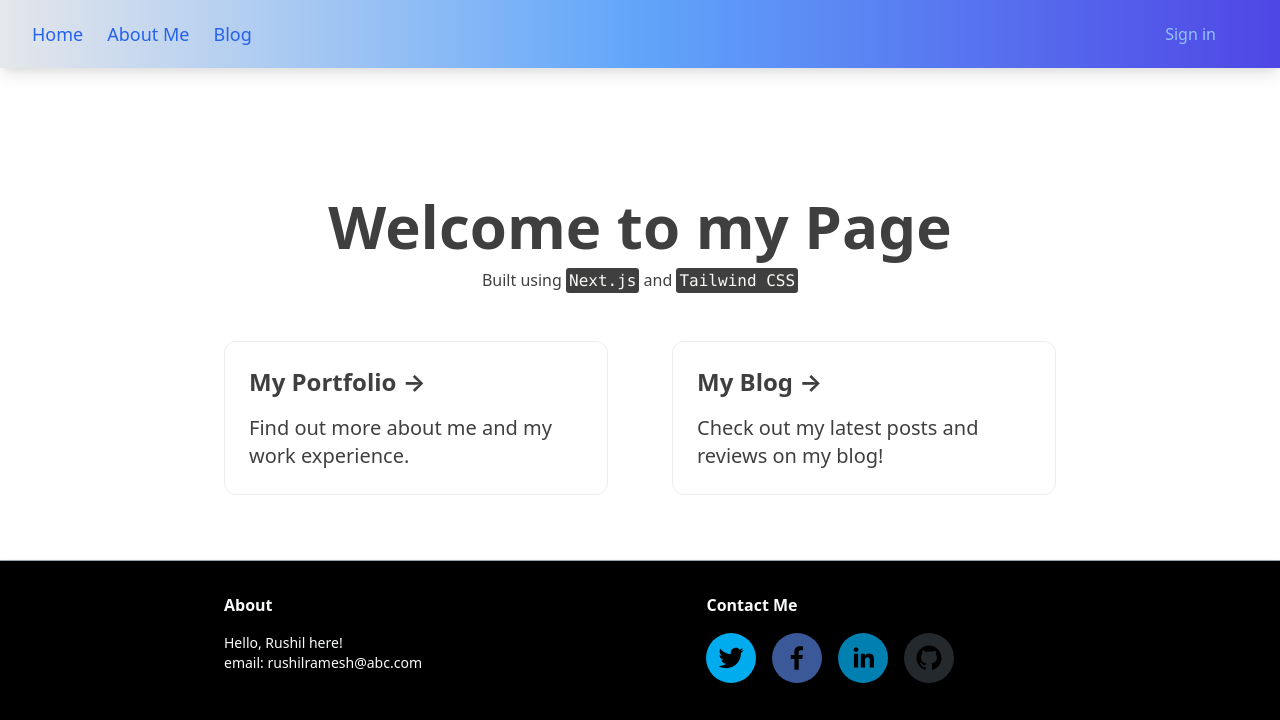
Repository: rushilramesh/portfolio-page
Page: /
The author's editor kept a copy of each file at every save. The page is drawn from the files as they stood at one save, then again after the next save.
The browser window is 1280 px wide. The pictures show the whole page.
The page's requests for data from a server got no answer. The project was rebuilt for these pictures with package versions that can differ from the ones it lists, and the page was loaded fresh each time. The framework's server and built-in components were replaced by stand-ins that run in the browser. No one was signed in, and anything a server would have sent is missing. Also part of the build but not shown: next.config.js.

Above is the page before, as saved 2021-05-24 12:50:38.

After the next save:
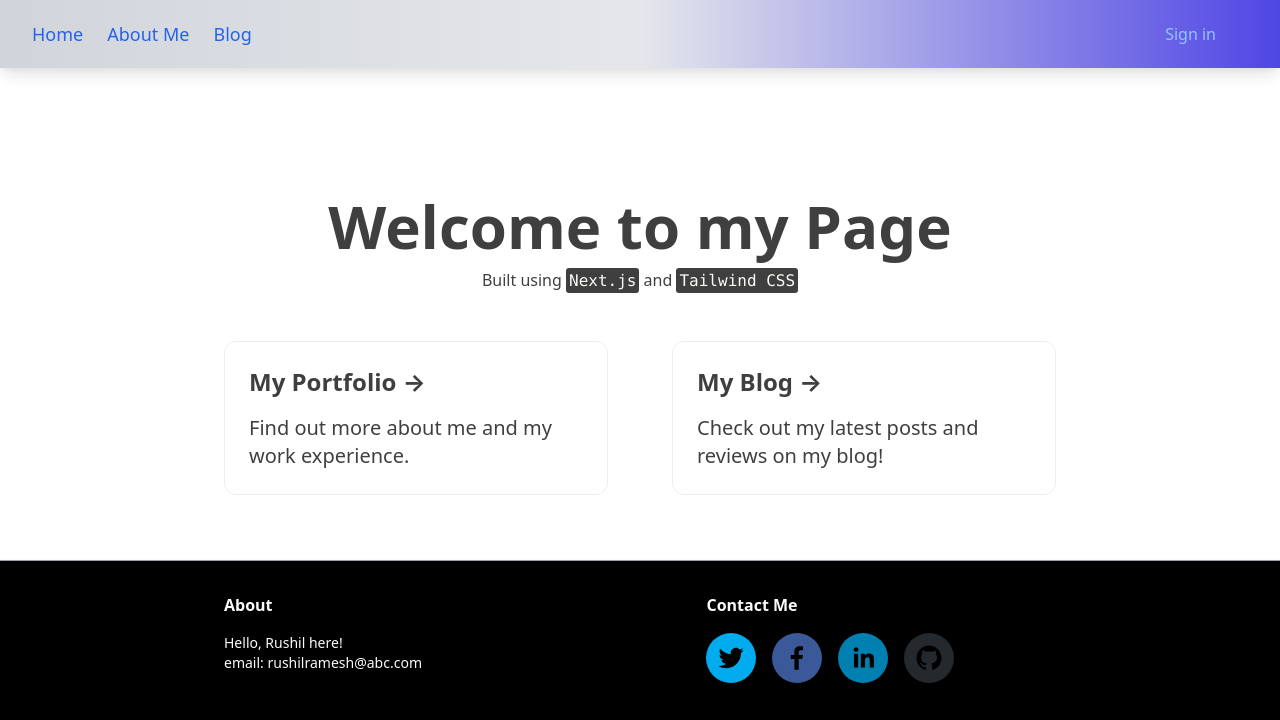
Saved 14 s later.
--- a/components/Nav.tsx
+++ b/components/Nav.tsx
@@ -20,7 +20,7 @@ export default function Nav() {
    }
 
    return (
-      <nav id="header" className="w-full z-30 top-10 py-1 bg-gradient-to-r from-gray-200 via-blue-400 to-indigo-600 shadow-lg  mt-15">
+      <nav id="header" className="w-full z-30 top-10 py-1 bg-gradient-to-r from-gray-300 via-gray-200 to-indigo-600 shadow-lg  mt-15">
          <div className="w-full flex items-center justify-between mt-0 px-6 py-2">
          <label  className="cursor-pointer md:hidden block">
             <svg className="fill-current text-blue-600" xmlns="http://www.w3.org/2000/svg" width="20" height="20" viewBox="0 0 20 20">
